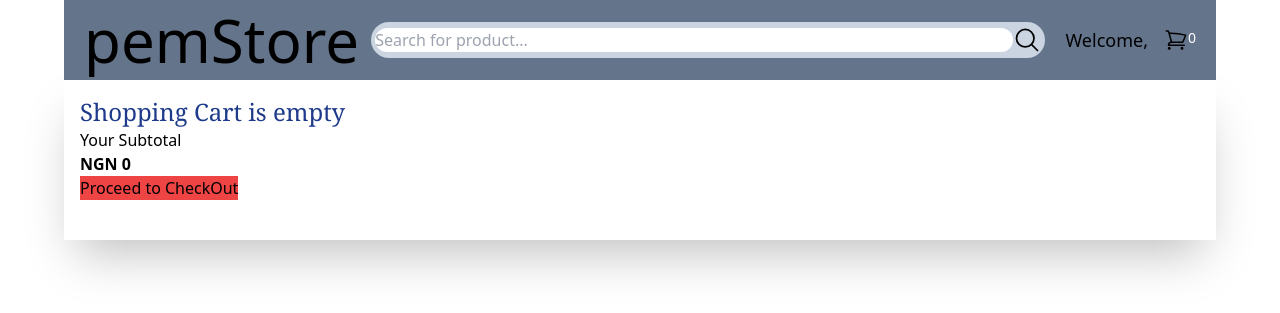
Repository: Semanmernstack/pemstore
Page: /checkout
The author's editor kept a copy of each file at every save. The page is drawn from the files as they stood at one save, then again after the next save.
The browser window is 1280 px wide. The pictures show the whole page.
The page's requests for data from a server got no answer. The project was rebuilt for these pictures with package versions that can differ from the ones it lists, and the page was loaded fresh each time. The framework's server and built-in components were replaced by stand-ins that run in the browser. No one was signed in, and anything a server would have sent is missing. Also part of the build but not shown: next.config.js, components/CheckoutProduct.js.

Above is the page before, as saved 2022-11-06 04:57:23.

### pages/_app.js
import '../styles/globals.css'
import { SessionProvider } from "next-auth/react"
import { Provider } from 'react-redux'
import { store } from '../store'


function MyApp({ Component, pageProps: { session, ...pageProps }, }) {
  return (
    <SessionProvider session={session}>
      <Provider store={store}  >
        <Component {...pageProps} />
      </Provider>


    </SessionProvider>
  )
}

export default MyApp

### pages/checkout.js
import { useSession } from 'next-auth/react'
import React from 'react'
import { useSelector } from 'react-redux'
import CheckoutProduct from '../components/CheckoutProduct'
import Header from '../components/Header'
import { selectItems } from '../slices/basketSlice'

function Checkout() {
    const { data: session } = useSession()
    const items = useSelector(selectItems)
  return (
    <div  className=" mx-auto max-w-6xl "  >
        <Header />
        <div className="h-40 p-4 shadow-2xl">
        <div className="flex items-center  text-lg md:text-xl lg:text-2xl font-serif text-blue-900 space-x-4 ">
            <h1>{items.length === 0 ? "Shopping Cart is empty"  : "This is your pemStore Shopping Cart" }   </h1>
            <p>{session?.user.name}</p>
        </div>
        <div>
            <h1>Your Subtotal</h1>
            <span className="font-extrabold">NGN 0</span>
        </div>
        <button className="text-center  bg-red-500 p-2=1">Proceed to CheckOut</button>
        </div>

        {items.map((item, i) => (
            <CheckoutProduct
                key={i}
                id={item.id}
                title={item.title}
                price={item.price}
                description={item.description}
                category={item.category}
                image={item.image}
            />
        ))}



    </div>
  )
}

export default Checkout

### store.js
import { configureStore } from '@reduxjs/toolkit';
import  basketReducer  from "./slices/basketSlice"
// ...

export const store = configureStore({
  reducer: {
    basket: basketReducer,


  },
})

### components/Header.js
import React from 'react'
import { useSession, signIn, signOut } from "next-auth/react"
import { useRouter } from 'next/router'
import { useSelector } from 'react-redux'
import { selectItems } from '../slices/basketSlice'

function Header() {
    const { data: session } = useSession()
    const router = useRouter()
    const items = useSelector(selectItems)

    return (
      <div className="flex  items-center   h-20 md:p-2  lg:p-5 bg-slate-500  sticky top-0 z-20">
          <div onClick={() => router.push("/")} className="mr-3  text-3xl md:text-5xl lg:text-6xl">
              <h1 className="cursor-pointer">pemStore</h1>
          </div>
          <div className="flex items-center flex-grow bg-slate-300 p-1 cursor-pointer rounded-full ">
              <input className="outline-none  rounded-full flex-grow   " type="text" placeholder="Search for product..." />
              <svg className="h-7 w-7"   xmlns="http://www.w3.org/2000/svg" fill="none" viewBox="0 0 24 24" strokeWidth={1.5} stroke="currentColor" >
                  <path strokeLinecap="round" strokeLinejoin="round" d="M21 21l-5.197-5.197m0 0A7.5 7.5 0 105.196 5.196a7.5 7.5 0 0010.607 10.607z" />
              </svg>
          </div>
          <div className="flex items-center  mx-2 lg:text-2xl">
          <div  onClick={!session ? signIn : signOut} className="flex items-center cursor-pointer text-sm md:text-lg mx-3">

              <p className="mr-1"> Welcome,</p>
              <p>{session?.user.name}</p>

          </div>
          <div onClick={() => router.push("/checkout")} className="relative flex items-center ">
              <svg xmlns="http://www.w3.org/2000/svg" fill="none" viewBox="0 0 24 24" strokeWidth={1.5} stroke="currentColor" className="w-6 h-6">
                  <path strokeLinecap="round" strokeLinejoin="round" d="M2.25 3h1.386c.51 0 .955.343 1.087.835l.383 1.437M7.5 14.25a3 3 0 00-3 3h15.75m-12.75-3h11.218c1.121-2.3 2.1-4.684 2.924-7.138a60.114 60.114 0 00-16.536-1.84M7.5 14.25L5.106 5.272M6 20.25a.75.75 0 11-1.5 0 .75.75 0 011.5 0zm12.75 0a.75.75 0 11-1.5 0 .75.75 0 011.5 0z" />
              </svg>
              <p className="absolute left-6 top-0 text-sm text-white   ">{items?.length}</p>
          </div>
          </div>

      </div>
    )
  }

  export default Header

### slices/basketSlice.js
import { createSlice } from '@reduxjs/toolkit';

const initialState = {
    items: [],
};




export const basketSlice = createSlice({
    name: "basket",
    initialState,
    // The `reducers` field lets us define reducers and generate associated actions
    reducers: {
        addtoBasket: (state, action) => {
            state.items = [...state.items, action.payload]
        },
        removeFromBasket: (state, action) => {
            const index = state.items.findIndex(
                (basketItem) => basketItem.id === action.payload.id
            )
            let newBasket = [...state.items];
            if (index >= 0) {
                newBasket.splice(index, 1)
            } else {
                console.warn(
                    `you cant remove product {id: ${action.payload.id}} as its not added`
                )
            }
            state.items = newBasket;
        }




    },

});

export const { addtoBasket, removeFromBasket } = basketSlice.actions;



export const selectItems = (state) => state.basket?.items;

export default basketSlice.reducer;

Loaded but not shown: styles/globals.css (common file); tailwind.config.js (common file)

After the next save:
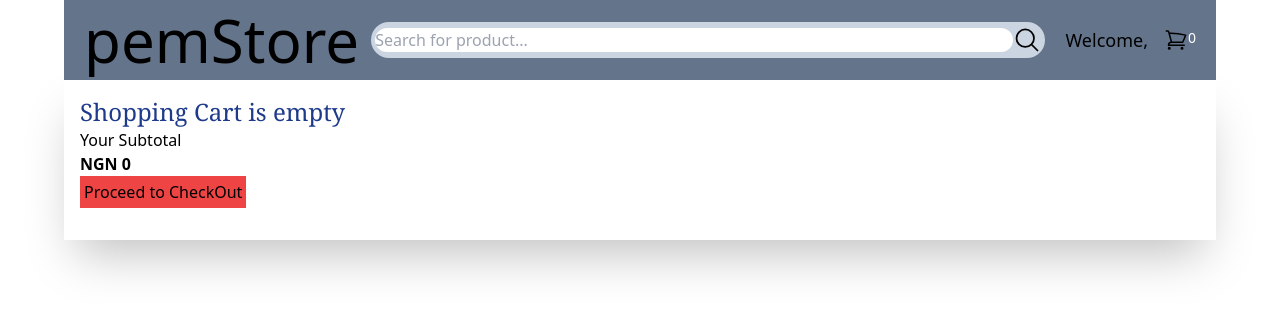
Saved 9 s later.
--- a/pages/checkout.js
+++ b/pages/checkout.js
@@ -20,7 +20,7 @@ function Checkout() {
             <h1>Your Subtotal</h1>
             <span className="font-extrabold">NGN 0</span>
         </div>
-        <button className="text-center  bg-red-500 p-2=1">Proceed to CheckOut</button>
+        <button className="text-center  bg-red-500 p-1">Proceed to CheckOut</button>
         </div>
 
         {items.map((item, i) => (
